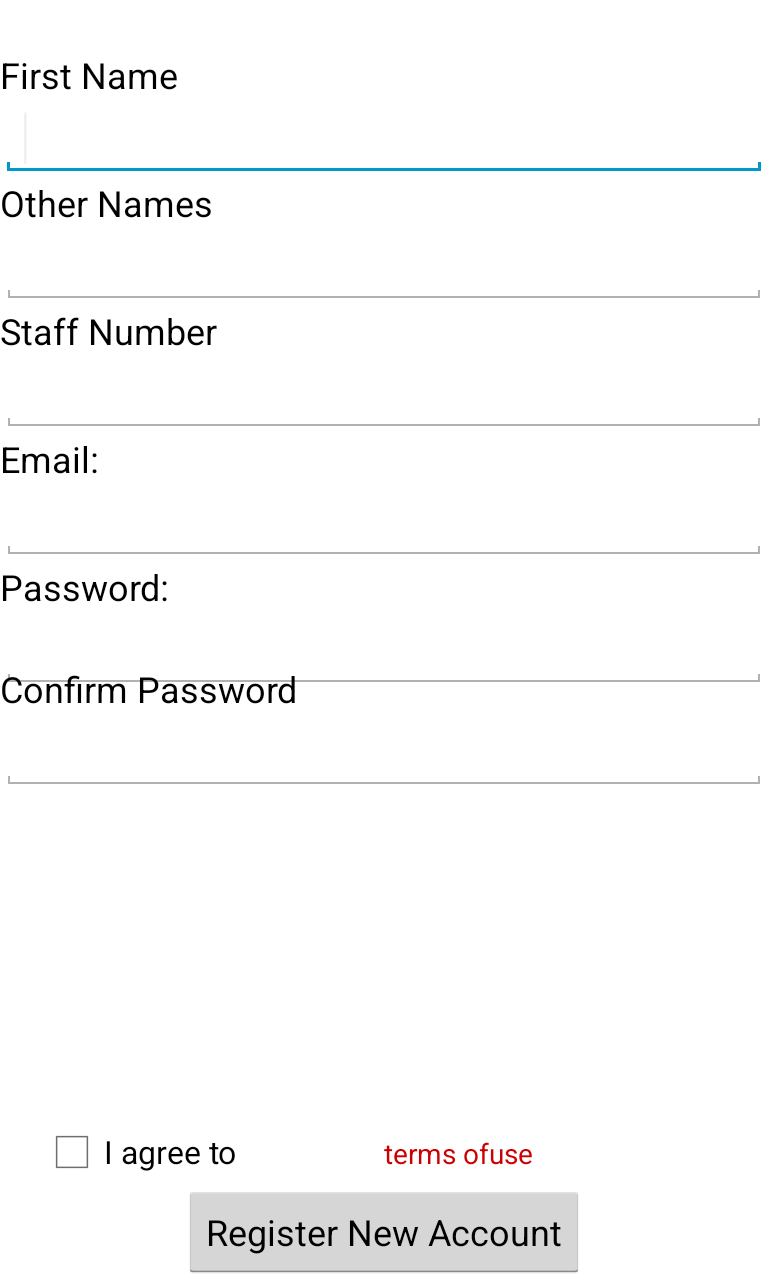
Repository: erwasambo/greendevelopment
Layout: GreenDevelopment/NASCuisine/res/layout/signup.xml
These files come from the project's save history. The layout is drawn as it stood at one moment and after the next save; the edit follows.
It is drawn on a 768 x 1280 px phone screen (xhdpi) without system bars, with theme AppTheme; the app's code is not run.

Above is the layout before, as saved 2013-12-03 02:19:24.

### GreenDevelopment/NASCuisine/res/layout/signup.xml
<?xml version="1.0" encoding="utf-8"?>
<RelativeLayout xmlns:android="http://schemas.android.com/apk/res/android"
    android:layout_width="match_parent"
    android:layout_height="match_parent"
    android:orientation="vertical">

 <TextView
        android:id="@+id/txtNoacc"
        android:layout_width="wrap_content"
        android:layout_height="wrap_content"
        android:layout_alignParentLeft="true"
        android:layout_alignParentTop="true"
        android:layout_marginTop="25dp"
        android:text="@string/firstname"
        android:textAppearance="?android:attr/textAppearanceMedium" />


    <EditText
        android:id="@+id/registerName"
        android:layout_width="match_parent"
        android:layout_height="wrap_content"
        android:layout_alignParentLeft="true"
        android:layout_below="@+id/txtNoacc"
        android:ems="10"
        android:inputType="textPersonName" >

        <requestFocus />
    </EditText>



    <TextView
        android:id="@+id/register_error"
        android:layout_width="wrap_content"
        android:layout_height="wrap_content"
        android:layout_alignParentBottom="true"
        android:layout_centerHorizontal="true" />

    <EditText
        android:id="@+id/registerPassword"
        android:layout_width="match_parent"
        android:layout_height="wrap_content"
        android:layout_alignParentLeft="true"
        android:layout_below="@+id/TextView02"
        android:ems="10"
        android:inputType="textPassword" />

    <TextView
        android:id="@+id/TextView01"
        android:layout_width="wrap_content"
        android:layout_height="wrap_content"
        android:layout_alignParentLeft="true"
        android:layout_below="@+id/registerName"
        android:text="@string/othernames"
        android:textAppearance="?android:attr/textAppearanceMedium" />

    <EditText
        android:id="@+id/EditText01"
        android:layout_width="match_parent"
        android:layout_height="wrap_content"
        android:layout_alignParentLeft="true"
        android:layout_below="@+id/TextView01"
        android:ems="10"
        android:inputType="textPersonName" />

    <TextView
        android:id="@+id/TextView03"
        android:layout_width="wrap_content"
        android:layout_height="wrap_content"
        android:layout_alignParentLeft="true"
        android:layout_below="@+id/EditText01"
        android:text="@string/staffno"
        android:textAppearance="?android:attr/textAppearanceMedium" />

    <EditText
        android:id="@+id/EditText02"
        android:layout_width="match_parent"
        android:layout_height="wrap_content"
        android:layout_alignParentLeft="true"
        android:layout_below="@+id/TextView03"
        android:ems="10"
        android:inputType="textPersonName" />

    <TextView
        android:id="@+id/textView1"
        android:layout_width="wrap_content"
        android:layout_height="wrap_content"
        android:layout_alignParentLeft="true"
        android:layout_below="@+id/EditText02"
        android:text="@string/email"
        android:textAppearance="?android:attr/textAppearanceMedium" />

    <EditText
        android:id="@+id/registerEmail"
        android:layout_width="match_parent"
        android:layout_height="wrap_content"
        android:layout_alignParentLeft="true"
        android:layout_below="@+id/textView1"
        android:ems="10"
        android:inputType="textEmailAddress" />

    <TextView
        android:id="@+id/TextView02"
        android:layout_width="wrap_content"
        android:layout_height="wrap_content"
        android:layout_alignParentLeft="true"
        android:layout_below="@+id/registerEmail"
        android:layout_marginTop="51dp"
        android:text="@string/cnfpassword"
        android:textAppearance="?android:attr/textAppearanceMedium" />

    <TextView
        android:id="@+id/TextView04"
        android:layout_width="wrap_content"
        android:layout_height="wrap_content"
        android:layout_alignParentLeft="true"
        android:layout_below="@+id/registerEmail"
        android:text="@string/password"
        android:textAppearance="?android:attr/textAppearanceMedium" />

    <EditText
        android:id="@+id/EditText03"
        android:layout_width="match_parent"
        android:layout_height="wrap_content"
        android:layout_alignParentLeft="true"
        android:layout_below="@+id/TextView04"
        android:ems="10"
        android:inputType="textPassword" />

    <Button
        android:id="@+id/btnRegister"
        android:layout_width="wrap_content"
        android:layout_height="wrap_content"
        android:layout_alignParentBottom="true"
        android:layout_centerHorizontal="true"
        android:text="@string/registeracc" />

    <CheckBox
        android:id="@+id/checkBox1"
        android:layout_width="wrap_content"
        android:layout_height="wrap_content"
        android:layout_above="@+id/btnRegister"
        android:layout_alignParentLeft="true"
        android:layout_marginLeft="20dp"
        android:text="@string/iagree" />

    <TextView
        android:id="@+id/textView2"
        android:layout_width="wrap_content"
        android:layout_height="wrap_content"
        android:layout_alignBaseline="@+id/checkBox1"
        android:layout_alignBottom="@+id/checkBox1"
        android:layout_alignLeft="@+id/register_error"
        android:text="@string/termsofuse"
        android:textColor="@color/purple" />

</RelativeLayout>

### GreenDevelopment/NASCuisine/res/values/strings.xml
<?xml version="1.0" encoding="utf-8"?>
<resources>

    <string name="app_name">NAS Cuisine</string>
     <string name="app_namelogin">NAS Cuisine - Log in</string>




    <string name="action_settings">Settings</string>
    <string name="activity_scrollview">ScrollView</string>
    <string name="activity_listview">ListView</string>
    <string name="activity_gridview">GridView</string>
    <string name="activity_webview">WebView</string>
    <string name="activity_fragment_tabs">Fragments + Tabs</string>
    <string name="activity_fragment_tabs_vp">Fragments + Tabs + ViewPager</string>
    <string name="pref_title_stick_container">Stick layer to</string>
    <string name="pref_title_show_shadow">Show shadow</string>
    <string name="pref_title_show_offset">Closed offset</string>
    <string name="open_button_container">Open</string>
    <string name="close_button_container">Close</string>
	<string name="title_activity_main">PayPal Access</string>
    <string name="title_activity_login">Login</string>
    <string name="btn_login">Login with PayPal</string>
    <string name="progress_loading_title">Loading&#8320;</string>
    <string name="progress_loading_msg">Login is possible in a few seconds</string>
    <string name="toast_login_ok">Logged in</string>
    <string name="toast_login_failed">Login failed</string>
    <string name="login_description">This enables the user to use his PayPal credentials to login. Thus he doesn\'t have to create yet another account and remember yet another password.</string>
	<string name="login_oauth">OAuth 2.0</string>
	<string name="login_openid">OpenID</string>

    <string name="swipe_label">Swipe!</string>
    <string name="swipe_left_label">Swipe left!</string>
    <string name="swipe_right_label">Swipe right!</string>
    <string name="swipe_up_label">Swipe up!</string>
    <string name="swipe_down_label">Swipe down!</string>

    <string name="label_right">Right</string>
    <string name="label_left">Left</string>
    <string name="label_middle">Middle</string>
    <string name="label_top">Top</string>
    <string name="label_bottom">Bottom</string>

    <string name="not_applicable">n/a</string>

    <string-array name="pref_list_titles">
        <item>@string/label_right</item>
        <item>@string/label_middle</item>
        <item>@string/label_left</item>
        <item>@string/label_top</item>
        <item>@string/label_bottom</item>
    </string-array>
    <string-array name="pref_list_values">
        <item>right</item>
        <item>middle</item>
        <item>left</item>
        <item>top</item>
        <item>bottom</item>
    </string-array>

    <string name="pref_go">Go!</string>

    <string name="no_media_warning">Storage Media not present</string>
    <string name="no_media_hint">Sharing the storage media with a PC can make it inaccessible</string>
    <string name="open_failed">Unable to open document</string>
    <string name="cancel">Cancel</string>
    <string name="search_backwards">Search backwards</string>
    <string name="search_forwards">Search forwards</string>
    <string name="search_document">Search document</string>
    <string name="picker_title">NAS Cuisine</string>
    <string name="outline_title">Table of Contents</string>
    <string name="enter_password">Enter Password</string>
    <string name="text_not_found">Text not found</string>
    <string name="searching_">Searching...</string>
    <string name="link_control">Link highlighting and enabling</string>
    <string name="no_further_occurences_found">No further occurences found</string>
    <string name="gen_pdf">Generate pdf</string>
    <string name="view_pdf">View pdf</string>
    <string name="title_activity_main">MainActivity</string>
    <string name="progress_title">Generateing pdf...</string>

    <string name="taliiafrica">Julisha</string>
	<string name="main">Julisha</string>
	<string name="weather">Check Weather</string>
	<string name="rescue">Emergency Rescue</string>
	<string name="exit">Exit</string>
	<string name="srtsail">Begin Sailing</string>
	<string name="stpsail">End Sailing</string>
	<string name="chkmap">Check Map</string>
	<string name="sets">Settings</string>
	<string name="vsltype">Vessel Type:</string>
	<string name="vid">Vessel Id:</string>
	<string name="vslname">Vessel Name:</string>
	<string name="wtrbody">Water Body:</string>
	<string name="desc">General Description:</string>
	<string name="sv">Save</string>
	<string name="lgout">Logout</string>
	<string name="sail">Sailing</string>
	<string name="myacc">My Account</string>
	<string name="date">Date:</string>
	<string name="time">Time:</string>
	<string name="initloc">Initial Location:</string>
	<string name="Destination">Destination:</string>
	<string name="onboard">Number Onboard:</string>
	<string name="act">Activity:</string>
	<string name="bgnSail">Begin Sailing</string>
	<string name="currLoc">Current Location:</string>
	<string name="endsail">End Sailing</string>
	<string name="prevloc">Previous Location</string>
	<string name="desc2">Image2</string>
	<string name="login">Login</string>
	<string name="email">Email:</string>
	<string name="password">Password:</string>
	<string name="newtojulisharegister">New to Julisha? Register here</string>
	<string name="registeracc">Register New Account</string>
	<string name="fullname">Full Name</string>
	<string name="logout">Logout</string>
	<string name="briefdesc">Brief Description:</string>
	<string name="safe">Safe</string>
	<string name="minor">Minor Problem</string>
	<string name="danger">Danger</string>
	<string name="xtremedanger">Extreme Danger</string>
	<string name="signup">Sign up</string>
	<string name="donthaveacc">Don\'t have an account yet? </string>
	<string name="forgotpwd">Forgot Password</string>
	<string name="firstname">First Name</string>
	<string name="othernames">Other Names</string>
	<string name="staffno">Staff Number</string>
	<string name="cnfpassword">Confirm Password</string>
	<string name="iagree">I agree to</string>
	<string name="termsofuse">terms ofuse</string>




</resources>

### GreenDevelopment/NASCuisine/res/values/colors.xml
<?xml version="1.0" encoding="utf-8"?>

<!--
  ~ Copyright 2013 Chris Banes
  ~
  ~ Licensed under the Apache License, Version 2.0 (the "License");
  ~ you may not use this file except in compliance with the License.
  ~ You may obtain a copy of the License at
  ~
  ~     http://www.apache.org/licenses/LICENSE-2.0
  ~
  ~ Unless required by applicable law or agreed to in writing, software
  ~ distributed under the License is distributed on an "AS IS" BASIS,
  ~ WITHOUT WARRANTIES OR CONDITIONS OF ANY KIND, either express or implied.
  ~ See the License for the specific language governing permissions and
  ~ limitations under the License.
  <color name="black">#FF000000</color>
  -->

<resources>
     <color name="white">#FFFFFF</color>
	 <color name="canvas">#CC0000</color>
		<color name="bar">#CC0000</color>
     <color name="black">#FF000000</color>
     <color name="purple">#CC0000</color>
    <color name="holo_dark_green">@color/purple</color>
	<color name="default_progress_bar_color">@color/white</color>
	 <color name="abs__background_holo_dark">@color/purple</color>
    <color name="abs__background_holo_light">@color/purple</color>
    <color name="abs__bright_foreground_holo_dark">@color/purple</color>
    <color name="abs__bright_foreground_holo_light">@color/purple</color>
    <color name="abs__bright_foreground_disabled_holo_dark">@color/purple</color>
    <color name="abs__bright_foreground_disabled_holo_light">@color/purple</color>
</resources>

Loaded but not shown: GreenDevelopment/NASCuisine/res/values/styles.xml (common file); GreenDevelopment/NASCuisine/res/values-v11/styles.xml (common file); GreenDevelopment/NASCuisine/res/values-v14/styles.xml (common file)

After the next save:
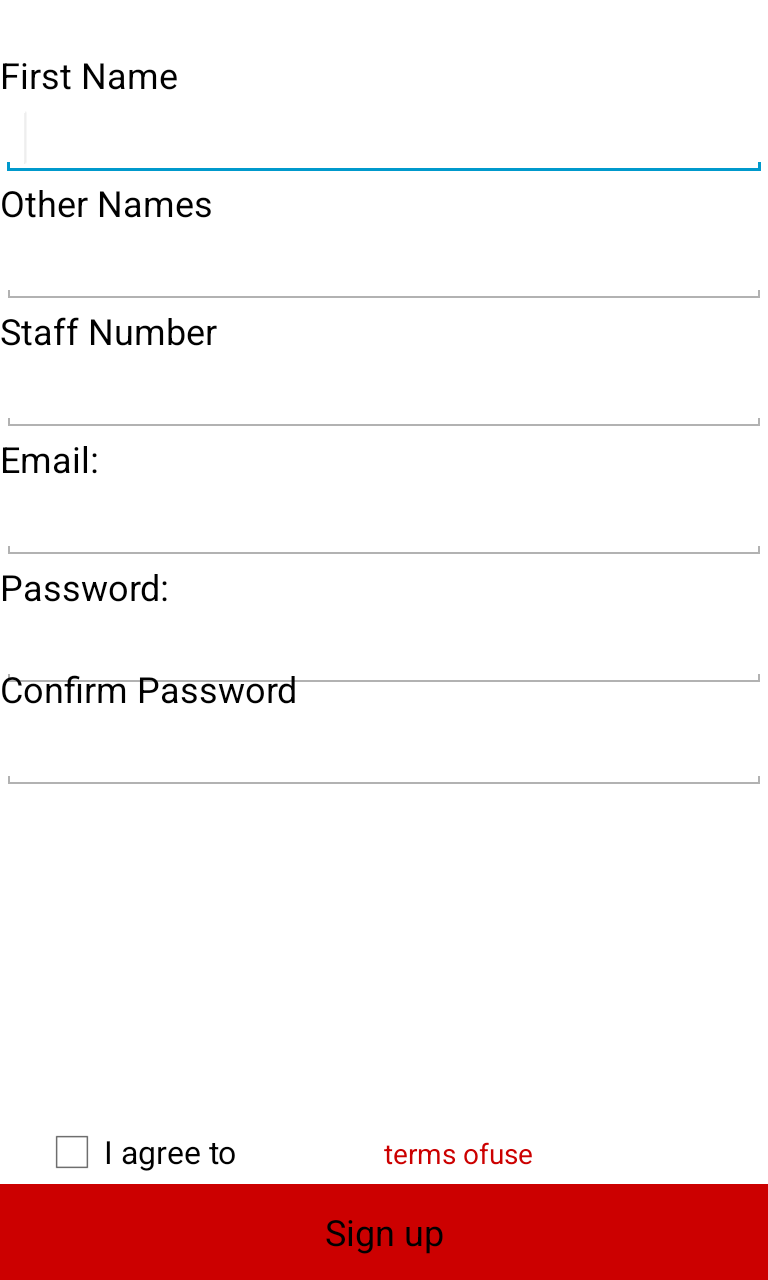
Saved 111 s later.
--- a/GreenDevelopment/NASCuisine/res/layout/signup.xml
+++ b/GreenDevelopment/NASCuisine/res/layout/signup.xml
@@ -129,11 +129,12 @@
 
     <Button
         android:id="@+id/btnRegister"
-        android:layout_width="wrap_content"
+        android:layout_width="match_parent"
         android:layout_height="wrap_content"
         android:layout_alignParentBottom="true"
         android:layout_centerHorizontal="true"
-        android:text="@string/registeracc" />
+        android:text="@string/signup"
+        android:background="@color/purple" />
 
     <CheckBox
         android:id="@+id/checkBox1"
